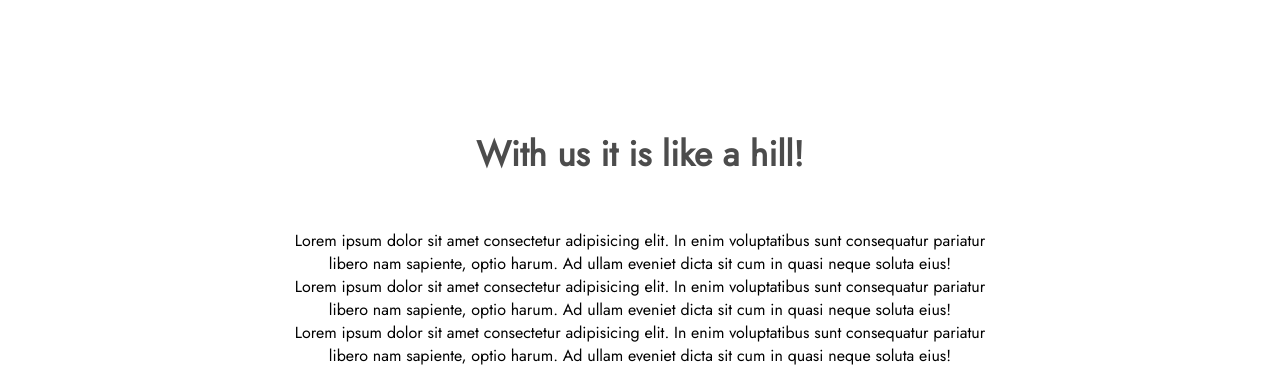
Repository: PatryxB/bikeService
Page: http://localhost/
These files come from the project's save history. The page is drawn as it stood at one moment and after the next save; the edit follows.
The browser window is 1280 px wide. The pictures show the part of the page from y = 1126 to 1601 px (the page is 1509 px tall before and 1601 px after).
The page is served by the project's Laravel application, run on PHP 8.4 with Laravel 8. Style sheets and scripts are compiled from the project's sources, by tool versions that may differ from the author's.

Above is the page before, as saved 2020-05-14 12:40:24.

After the next save:
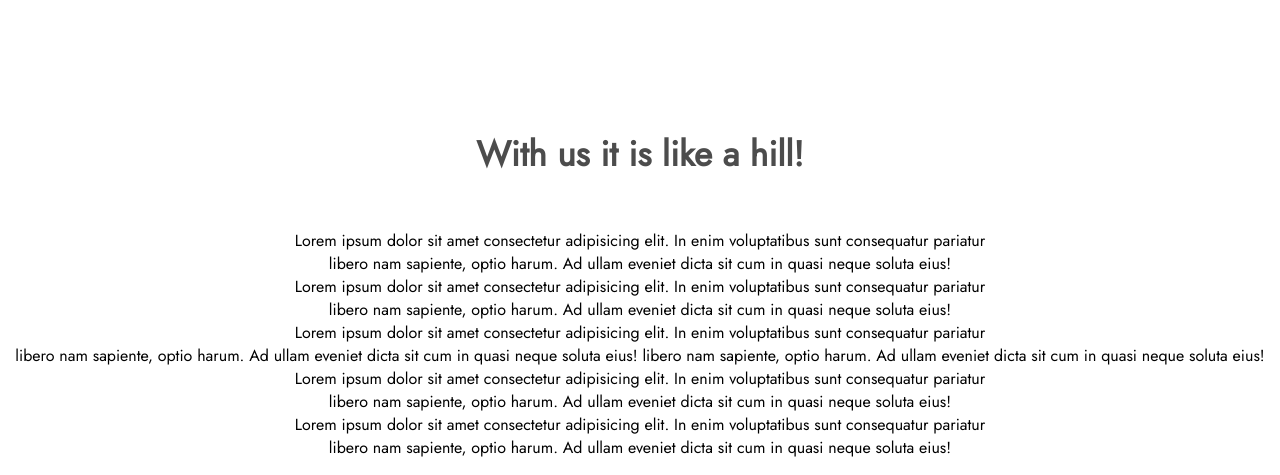
Saved 49 s later.
--- a/resources/views/welcome.blade.php
+++ b/resources/views/welcome.blade.php
@@ -55,7 +55,13 @@
                 Lorem ipsum dolor sit amet consectetur adipisicing elit. In enim voluptatibus sunt consequatur pariatur <br>
                 libero nam sapiente, optio harum. Ad ullam eveniet dicta sit cum in quasi neque soluta eius!<br>
                 Lorem ipsum dolor sit amet consectetur adipisicing elit. In enim voluptatibus sunt consequatur pariatur <br>
-                    libero nam sapiente, optio harum. Ad ullam eveniet dicta sit cum in quasi neque soluta eius!</p>
+                libero nam sapiente, optio harum. Ad ullam eveniet dicta sit cum in quasi neque soluta eius!
+                libero nam sapiente, optio harum. Ad ullam eveniet dicta sit cum in quasi neque soluta eius!<br>
+                Lorem ipsum dolor sit amet consectetur adipisicing elit. In enim voluptatibus sunt consequatur pariatur <br>
+                libero nam sapiente, optio harum. Ad ullam eveniet dicta sit cum in quasi neque soluta eius!<br>
+                Lorem ipsum dolor sit amet consectetur adipisicing elit. In enim voluptatibus sunt consequatur pariatur <br>
+                libero nam sapiente, optio harum. Ad ullam eveniet dicta sit cum in quasi neque soluta eius!</p>
+
             </section>
 
         @endsection
